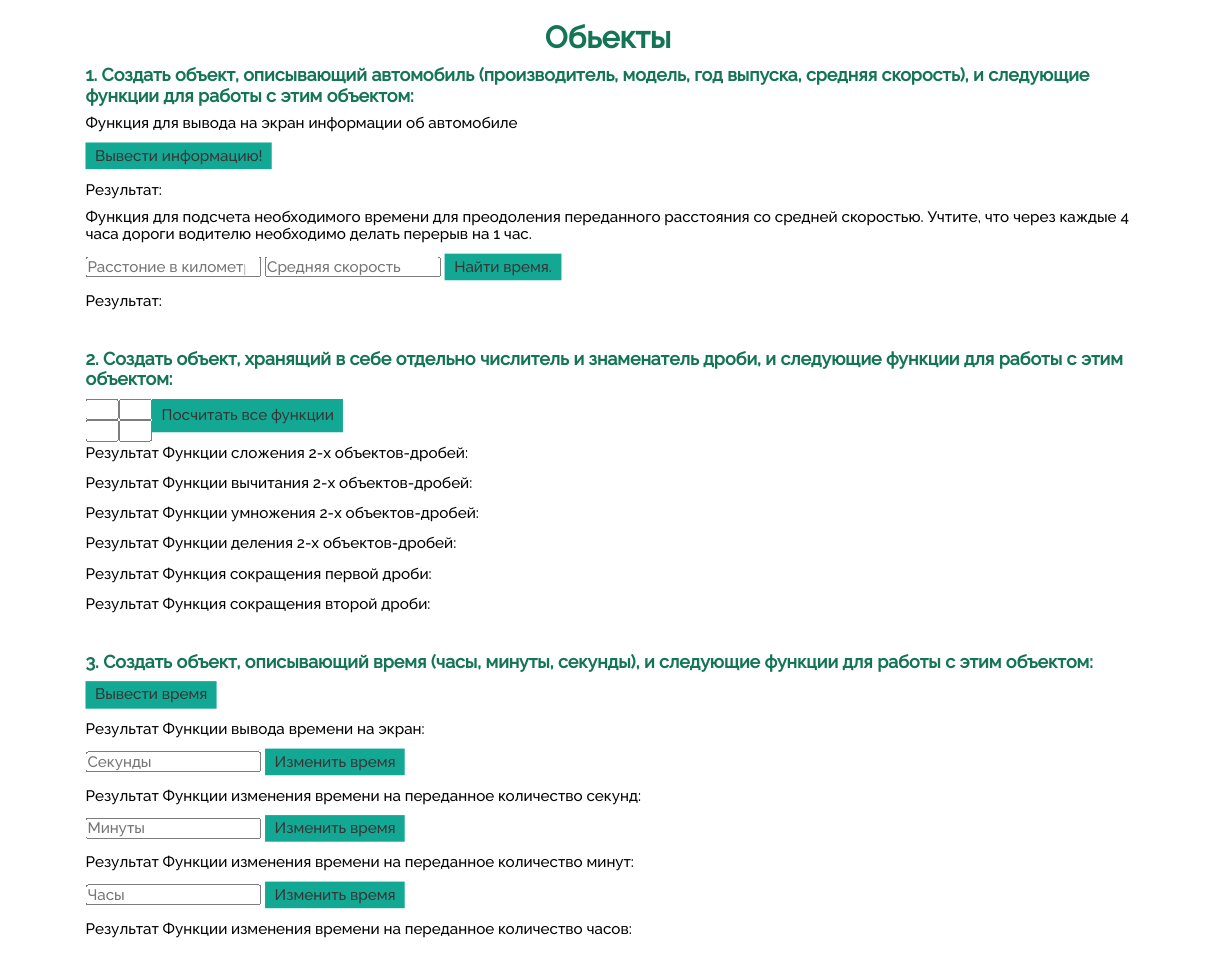
Repository: NastyaGavrilova/Beetroot-js
Page: HW4/index.html
The author's editor kept a copy of each file at every save. The page is drawn from the files as they stood at one save, then again after the next save.
The browser window is 1280 px wide. The pictures show the whole page, at 95% of full size.

Above is the page before, as saved 2021-10-23 17:40:49.

### HW4/index.html
<!DOCTYPE html>
<html lang="en">
  <head>
    <meta charset="UTF-8" />
    <meta http-equiv="X-UA-Compatible" content="IE=edge" />
    <meta name="viewport" content="width=device-width, initial-scale=1.0" />
    <link
      rel="stylesheet"
      href="https://cdnjs.cloudflare.com/ajax/libs/normalize/8.0.1/normalize.min.css"
      integrity="sha512-NhSC1YmyruXifcj/KFRWoC561YpHpc5Jtzgvbuzx5VozKpWvQ+4nXhPdFgmx8xqexRcpAglTj9sIBWINXa8x5w=="
      crossorigin="anonymous"
      referrerpolicy="no-referrer"
    />
    <link rel="stylesheet" href="./index.css" />
    <link rel="shortcut icon" href="./favicon.ico" type="image/x-icon" />
    <style>
      @import url("https://fonts.googleapis.com/css2?family=Raleway:wght@300;500&display=swap");
    </style>
    <title>Objects</title>
  </head>
  <body>
    <header class="c-header">
      <div class="c-header__wrapper">
        <h1 class="c-header__title title">Обьекты</h1>
      </div>
    </header>

    <section class="c-task1 task">
      <div class="c-task1__wrapper">
        <h3 class="c-task1__title title">
          1. Создать объект, описывающий автомобиль (производитель, модель, год
          выпуска, средняя скорость), и следующие функции для работы с этим
          объектом:
        </h3>
        <p class="c-task1__paragraph">
          Функция для вывода на экран информации об автомобиле
        </p>
        <button class="c-task1__btn" id="js-task1-btn">
          Вывести информацию!
        </button>
        <p class="c-task1__result">
          Результат: <span id="js-tak1-span"></span>
        </p>
        <p class="c-task1__subparagraph">
          Функция для подсчета необходимого времени для преодоления переданного
          расстояния со средней скоростью. Учтите, что через каждые 4 часа
          дороги водителю необходимо делать перерыв на 1 час.
        </p>
        <form action="#" method="post" id="js-tak1-form">
          <input
            type="number"
            id="js-task1-input1"
            placeholder="Расстоние в километрах"
          />
          <input
            type="number"
            id="js-task1-input2"
            placeholder="Средняя скорость"
          />
          <button id="js-task1-btn1">Найти время.</button>
        </form>
        <p class="c-task1__result">
          Результат: <span id="js-task1-span1"></span>
        </p>
      </div>
    </section>

    <section class="c-task2 task">
      <div class="c-task2__wrapper">
        <h3 class="c-task2__title title">
          2. Создать объект, хранящий в себе отдельно числитель и знаменатель
          дроби, и следующие функции для работы с этим объектом:
        </h3>

        <form action="#" class="c-task2-form" method="get">
          <div class="c-task2-form__wrapper">
            <div class="c-task2_first-fraction">
              <input type="number" class="c-input" id="js-task2-input1" />
              <input type="number" class="c-input" id="js-task2-input2" />
            </div>
            <div class="c-task2_second-fraction">
              <input class="c-input" type="number" id="js-task2-input3" />
              <input type="number" class="c-input" id="js-task2-input4" />
            </div>

            <button id="js-task2-btn">Посчитать все функции</button>
          </div>
        </form>
        <p class="c-task2__result">
          Результат Функции сложения 2-х объектов-дробей:
          <span id="js-task2-span1"></span>
        </p>
        <p class="c-task2__result">
          Результат Функции вычитания 2-х объектов-дробей:
          <span id="js-task2-span2"></span>
        </p>
        <p class="c-task2__result">
          Результат Функции умножения 2-х объектов-дробей:
          <span id="js-task2-span3"></span>
        </p>
        <p class="c-task2__result">
          Результат Функции деления 2-х объектов-дробей:
          <span id="js-task2-span4"></span>
        </p>
        <p class="c-task2__result">
          Результат Функция сокращения первой дроби:
          <span id="js-task2-span5"></span>
        </p>
        <p class="c-task2__result">
          Результат Функция сокращения второй дроби:
          <span id="js-task2-span6"></span>
        </p>
      </div>
    </section>

    <section class="c-task3 task">
      <div class="c-task3__wrapper">
        <h3 class="c-task3__title title">
          3. Создать объект, описывающий время (часы, минуты, секунды), и
          следующие функции для работы с этим объектом:
        </h3>
        <button id="js-task3-btn1">Вывести время</button>
        <p class="c-task3__result">
          Результат Функции вывода времени на экран:
          <span id="js-task3-span1"></span>
        </p>
        <form action="#" class="c-task2-form1" method="get">
          <input type="number" id="js-task3-input1" placeholder="Секунды" />
          <button id="js-task3-btn2">Изменить время</button>
        </form>
        <p class="c-task3__result">
          Результат Функции изменения времени на переданное количество секунд:
          <span id="js-task3-span2"></span>
        </p>
        <form action="#" class="c-task2-form2" method="get">
          <input type="number" id="js-task3-input2" placeholder="Минуты" />
          <button id="js-task3-btn3">Изменить время</button>
        </form>
        <p class="c-task3__result">
          Результат Функции изменения времени на переданное количество минут:
          <span id="js-task3-span3"></span>
        </p>
        <form action="#" class="c-task2-form3" method="get">
          <input type="number" id="js-task3-input3" placeholder="Часы" />
          <button id="js-task3-btn4">Изменить время</button>
        </form>
        <p class="c-task3__result">
          Результат Функции изменения времени на переданное количество часов:
          <span id="js-task3-span4"></span>
        </p>
        <!-- <p class="c-task3__result">
          Результат Функции изменения времени на переданное количество секунд:
          <span id="js-task3-span2"></span>
        </p>
        <p class="c-task3__result">
          Результат Функции изменения времени на переданное количество минут:
          <span id="js-task3-span3"></span>
        </p>
        <p class="c-task3__result">
          Результат Функции изменения времени на переданное количество часов:
          <span id="js-task3-span4"></span> -->
        <!-- </p> -->
      </div>
    </section>
    <script src="./index.js"></script>
  </body>
</html>

### HW4/index.css
* {
  box-sizing: border-box;
  padding: 0;
  margin: 0;
}

body {
  max-width: 1200px;
  margin: 0 auto;
  font-family: "Raleway", sans-serif;
}
.c-header {
  text-align: center;
}

.task {
  padding: 0 50px 30px 50px;
}
.title {
  margin-bottom: 10px;
  color: rgb(20, 117, 85);
}
p {
  margin-bottom: 10px;
  font-weight: 500;
}
span {
  font-size: 19px;
  font-weight: 500;
}
button {
  border: none;
  background-color: rgb(19, 168, 148);
  color: rgb(54, 53, 53);
  margin-bottom: 10px;
  font-weight: 500;
  padding: 5px 10px;
  cursor: pointer;
}
button:active {
  transform: scale(0.9);
}
.c-input {
  max-width: 35px;
}
.c-task2-form__wrapper {
  display: flex;
}
.c-task2_first-fraction,
.c-task2_second-fraction {
  display: flex;
  flex-direction: column;
}
#js-task2-btn {
  max-width: 230px;
}
/* display: flex;
flex-direction: column; */

### HW4/index.js
// task 1
let car = {
  producer: "Volkswagen",
  model: "Tiguan",
  year: 2007,
  avgSpeed: 120,
};

let btn1 = document.getElementById("js-task1-btn");
btn1.addEventListener("click", (e) => {
  let information = document.getElementById("js-tak1-span");
  return (information.innerHTML =
    "Producer: " +
    car.producer +
    ",\nModel: " +
    car.model +
    ",\nAge of issue: " +
    car.year +
    ",\nAverage speed: " +
    car.avgSpeed +
    " km/h");
});

let btn1_1 = document.getElementById("js-task1-btn1");
btn1_1.addEventListener("click", (event) => {
  event.preventDefault();
  const distance = document.getElementById("js-task1-input1");
  const averageSpeed = document.getElementById("js-task1-input2");
  let time = document.getElementById("js-task1-span1");
  let timeInWay = Math.round(distance.value / averageSpeed.value);
  let timeInRest =
    timeInWay % 4 == 0 ? ((timeInWay / 4) | 0) - 1 : (timeInWay / 4) | 0;
  let timeTotal = timeInWay + timeInRest;
  return (time.innerHTML = timeTotal);
});

// task 2
let firstNumerator = document.getElementById("js-task2-input1");
let firstDenominator = document.getElementById("js-task2-input2");
let secondNumerator = document.getElementById("js-task2-input3");
let secondDenominator = document.getElementById("js-task2-input4");

function Fraction(upNumber, downNumber) {
  return { upNumber: upNumber, downNumber: downNumber };
}
let firstFraction = Fraction(firstNumerator, firstDenominator);
let secondFraction = Fraction(secondNumerator, secondDenominator);

function fracAddition(obj1, obj2) {
  let addition = document.getElementById("js-task2-span1");
  let resultUpNumber =
    obj1.upNumber.value * obj2.downNumber.value +
    obj2.upNumber.value * obj1.downNumber.value;
  let resultDownNumber = obj1.downNumber.value * obj2.downNumber.value;
  if (obj1.upNumber.value != 0 || obj2.upNumber.value != 0) {
    if (obj1.downNumber.value != 0 && obj2.downNumber.value != 0) {
      return (addition.innerHTML = `${resultUpNumber}/${resultDownNumber}`);
    } else {
      return (addition.innerHTML = "Деление на 0 невозможно!");
    }
  } else {
    return (addition.innerHTML = 0);
  }
}
function fracSubtraction(obj1, obj2) {
  let subtraction = document.getElementById("js-task2-span2");
  let resultUpNumber =
    obj1.upNumber.value * obj2.downNumber.value -
    obj2.upNumber.value * obj1.downNumber.value;
  let resultDownNumber = obj1.downNumber.value * obj2.downNumber.value;
  if (obj1.upNumber.value != 0 || obj2.upNumber.value != 0) {
    if (obj1.downNumber.value != 0 && obj2.downNumber.value != 0) {
      return (subtraction.innerHTML = `${resultUpNumber}/${resultDownNumber}`);
    } else {
      return (subtraction.innerHTML = "Деление на 0 невозможно!");
    }
  } else {
    return (subtraction.innerHTML = 0);
  }
}
function fracMiltiplicatin(obj1, obj2) {
  let multiplication = document.getElementById("js-task2-span3");
  let resultUpNumber = obj1.upNumber.value * obj2.upNumber.value;
  let resultDownNumber = obj1.downNumber.value * obj2.downNumber.value;
  if (obj1.upNumber.value != 0 && obj2.upNumber.value != 0) {
    if (obj1.downNumber.value != 0 && obj2.downNumber.value != 0) {
      return (multiplication.innerHTML = `${resultUpNumber}/${resultDownNumber}`);
    } else {
      return (multiplication.innerHTML = "Деление на 0 невозможно!");
    }
  } else {
    return (multiplication.innerHTML = 0);
  }
}
function fracDevision(obj1, obj2) {
  let devision = document.getElementById("js-task2-span4");
  let resultUpNumber = obj1.upNumber.value * obj2.downNumber.value;
  let resultDownNumber = obj1.downNumber.value * obj2.upNumber.value;
  if (obj1.downNumber.value != 0 && obj2.upNumber.value != 0) {
    if (obj1.upNumber.value != 0 && obj2.downNumber.value != 0) {
      return (devision.innerHTML = `${resultUpNumber}/${resultDownNumber}`);
    } else {
      return (devision.innerHTML = 0);
    }
  } else {
    return (devision.innerHTML = "Деление на 0 невозможно!");
  }
}

function fracReductionFirst(obj1) {
  let reduction = document.getElementById("js-task2-span5");
  let n;
  let d;

  for (var i = 2; i <= obj1.upNumber.value; i++) {
    if (obj1.upNumber.value % i === 0 && obj1.downNumber.value % i === 0) {
      (n = obj1.upNumber.value / i), (d = obj1.downNumber.value / i);
    }
  }

  if (obj1.upNumber.value != 0) {
    if (obj1.downNumber.value != 0) {
      return (reduction.innerHTML = n + "/" + d);
    } else {
      return (reduction.innerHTML = "Деление на 0 невозможно!");
    }
  } else {
    return (reduction.innerHTML = "Невозможно сократить дробь");
  }
}
function fracReductionSeocnd(obj2) {
  let reduction1 = document.getElementById("js-task2-span6");
  let n1;
  let d1;
  for (var j = 2; j <= obj2.upNumber.value; j++) {
    if (obj2.upNumber.value % j === 0 && obj2.downNumber.value % j === 0) {
      (n1 = obj2.upNumber.value / j), (d1 = obj2.downNumber.value / j);
    }
  }
  if (obj2.upNumber.value != 0) {
    if (obj2.downNumber.value != 0) {
      return (reduction1.innerHTML = n1 + "/" + d1);
    } else {
      return (reduction1.innerHTML = "Деление на 0 невозможно!");
    }
  } else {
    return (reduction1.innerHTML = "Невозможно сократить дробь");
  }
}
let btn2 = document.getElementById("js-task2-btn");
btn2.addEventListener("click", (et) => {
  et.preventDefault();
  fracAddition(firstFraction, secondFraction);
  fracSubtraction(firstFraction, secondFraction);
  fracMiltiplicatin(firstFraction, secondFraction);
  fracDevision(firstFraction, secondFraction);
  fracReductionFirst(firstFraction);
  fracReductionSeocnd(secondFraction);
});

// task 3

let btn3 = document.getElementById("js-task3-btn1");
let btn31 = document.getElementById("js-task3-btn2");
let btn32 = document.getElementById("js-task3-btn3");
let btn33 = document.getElementById("js-task3-btn4");

let objTime = {
  hours: 12,
  minutes: 45,
  seconds: 17,
  showTime: function (spanEl) {
    return (spanEl.innerHTML = `${this.hours}:${this.minutes}:${this.seconds}`);
  },
  addSeconds: function (seconds) {
    if (seconds <= 0) {
      alert("You entered incorrect time!");
    } else if (seconds + this.seconds >= 60) {
      let differenceMin = Math.floor((this.seconds + seconds) / 60);
      this.seconds = (this.seconds + seconds) % 60;
      this.addMinutes(differenceMin);
    } else {
      this.seconds += seconds;
    }
  },
  addMinutes: function (minutes) {
    if (minutes <= 0) {
      alert("You entered incorrect time!!!");
    } else if (this.minutes + minutes >= 60) {
      let differenceHours = Math.floor((this.minutes + minutes) / 60);
      this.minutes = (this.minutes + minutes) % 60;

      this.addHours(differenceHours);
    } else {
      this.minutes += minutes;
    }
  },
  addHours: function (hours) {
    if (hours <= 0) {
      alert("You entered incorrect time!");
    } else if (hours + this.hours >= 24) {
      this.hours = (this.hours + hours) % 24;
      console.log(hours);
    } else {
      this.hours += hours;
    }
  },
};

btn3.addEventListener("click", (e) => {
  e.preventDefault();
  let showInfoTime = document.getElementById("js-task3-span1");
  objTime.showTime(showInfoTime);
});

btn33.addEventListener("click", (event) => {
  event.preventDefault();
  let hoursTime = document.getElementById("js-task3-input3");
  let showHourChange = document.getElementById("js-task3-span4");
  objTime.addHours(+hoursTime.value);
  objTime.showTime(showHourChange);
});

btn32.addEventListener("click", (e) => {
  e.preventDefault();
  let minTime = document.getElementById("js-task3-input2");
  let showMinChange = document.getElementById("js-task3-span3");
  objTime.addMinutes(+minTime.value);
  objTime.showTime(showMinChange);
});

btn31.addEventListener("click", (e) => {
  e.preventDefault();
  let secTime = document.getElementById("js-task3-input1");
  let showSecChange = document.getElementById("js-task3-span2");
  objTime.addSeconds(+secTime.value);
  objTime.showTime(showSecChange);
});

After the next save:
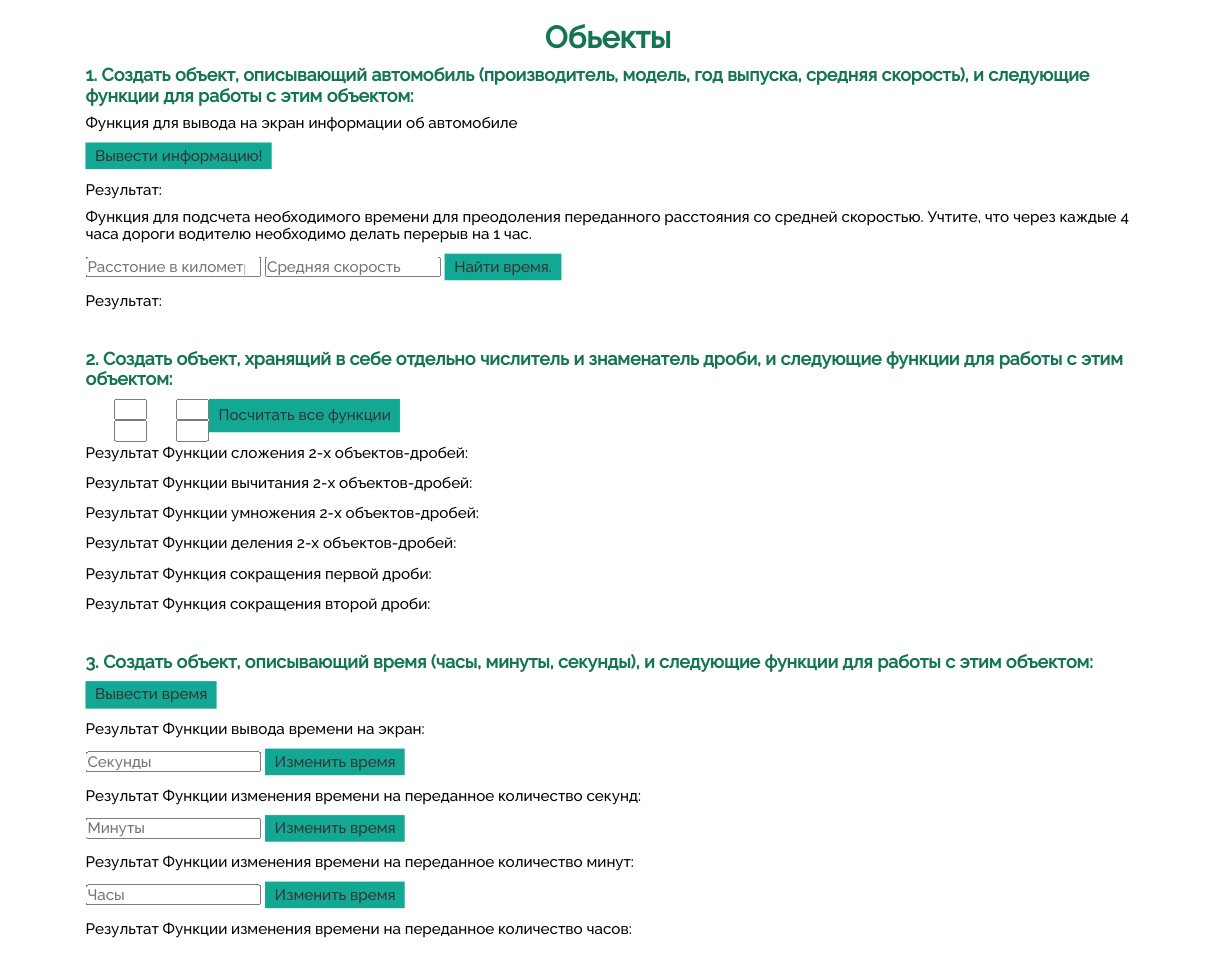
Saved 33 s later.
--- a/HW4/index.css
+++ b/HW4/index.css
@@ -50,7 +50,9 @@ button:active {
 .c-task2_second-fraction {
   display: flex;
   flex-direction: column;
+  padding-left: 30px;
 }
+
 #js-task2-btn {
   max-width: 230px;
 }
